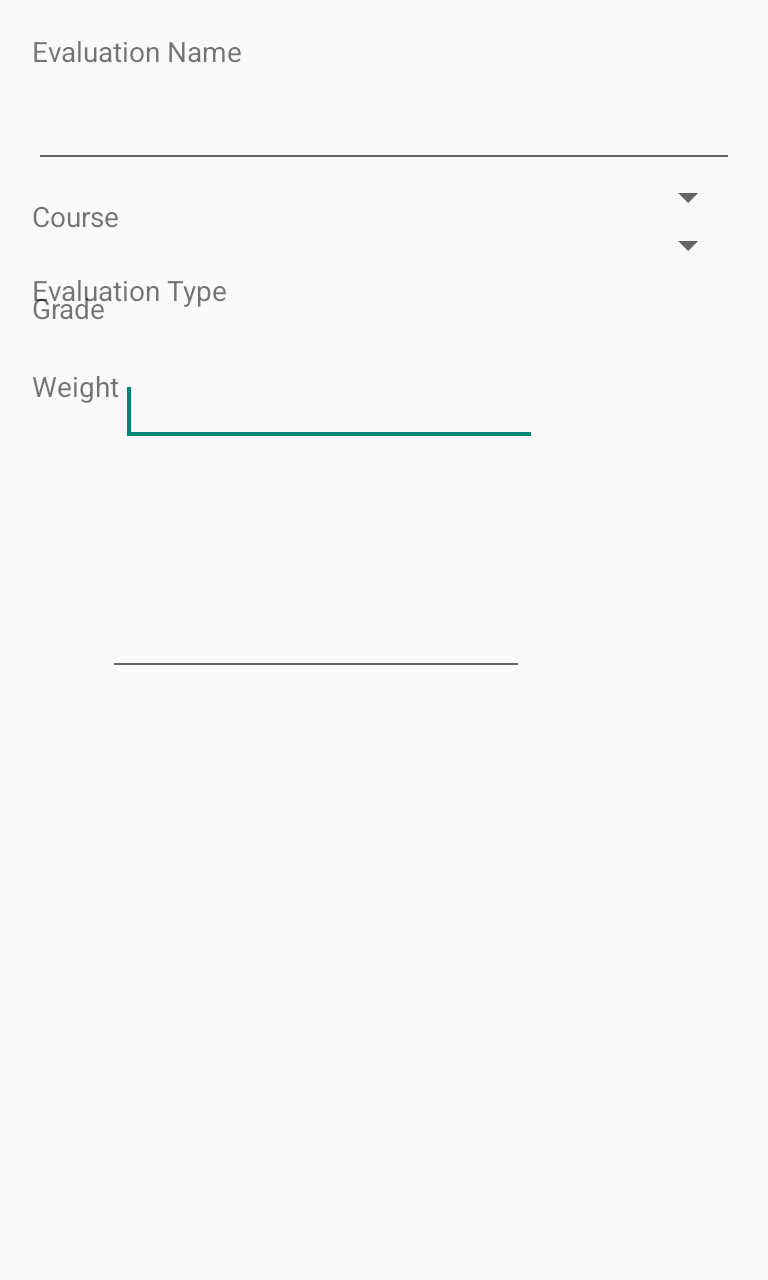
Repository: Tenergy05/GradePlanner
Layout: GradePlanner/res/layout/activity_add_mark.xml
An editor plug-in stored every save of this project. The layout is shown before and after the next save, followed by the edit.
It is drawn on a 768 x 1280 px phone screen (xhdpi) without system bars, with theme AppTheme; the app's code is not run.

Above is the layout before, as saved 2014-12-30 21:32:59.

After the next save:
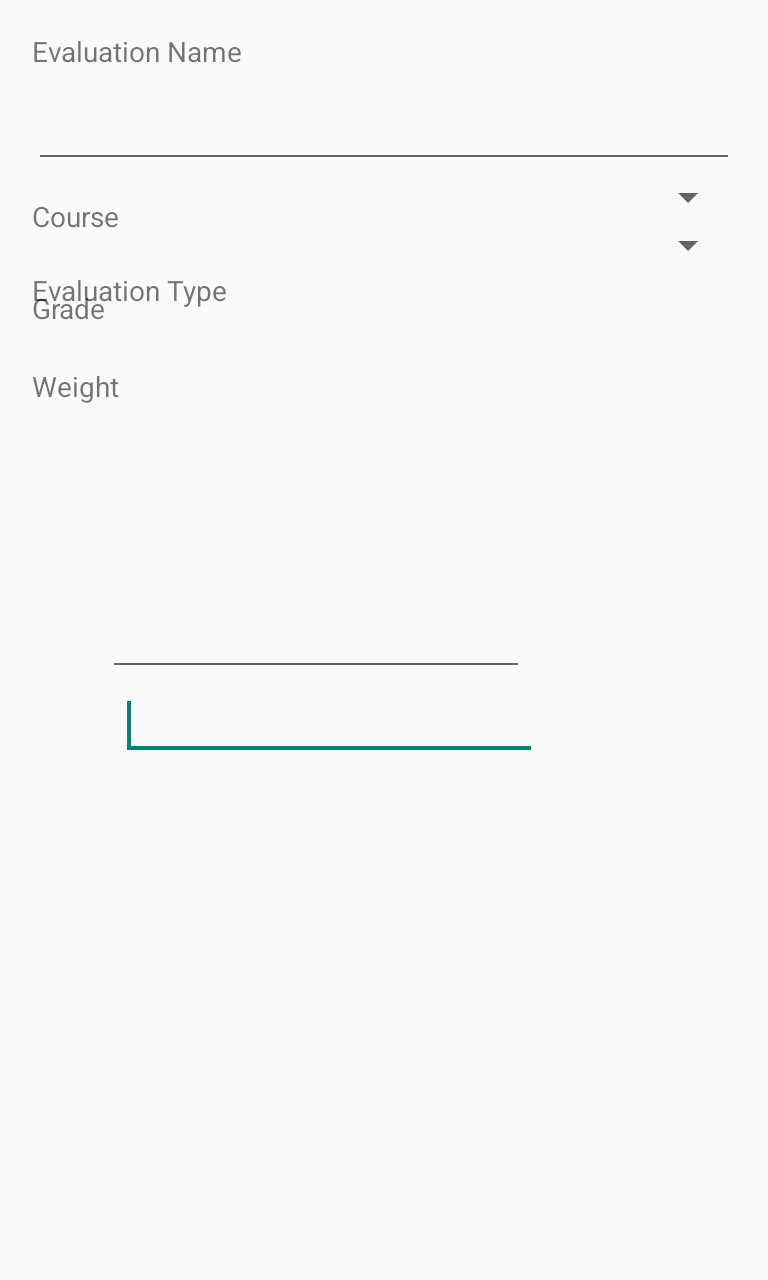
Saved 38 s later.
--- a/GradePlanner/res/layout/activity_add_mark.xml
+++ b/GradePlanner/res/layout/activity_add_mark.xml
@@ -90,7 +90,7 @@
         android:id="@+id/editText3"
         android:layout_width="wrap_content"
         android:layout_height="wrap_content"
-        android:layout_alignTop="@+id/textView5"
+        android:layout_below="@+id/editText2"
         android:layout_toRightOf="@+id/textView5"
         android:ems="10"
         android:inputType="number" >
